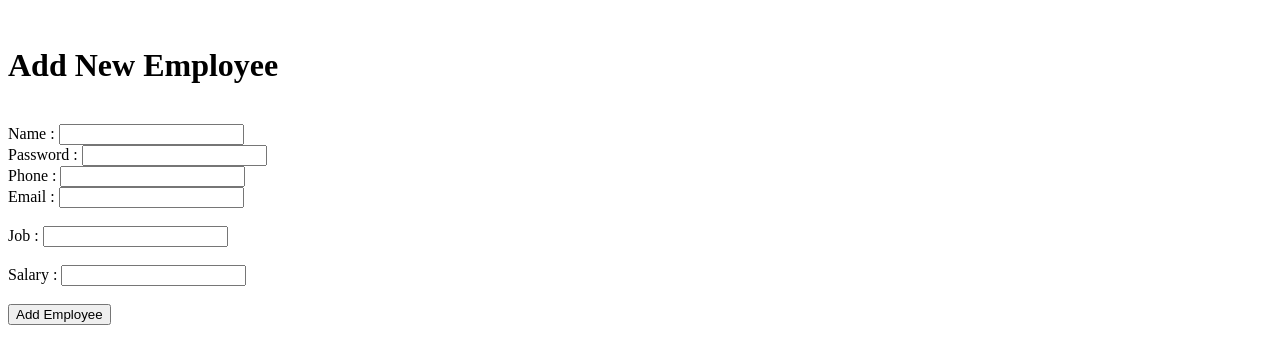
Repository: AchantaTharun/Database-Mastery-Practice
Page: CURD/WebContent/index.html
An editor plug-in stored every save of this project. The page is shown before and after the next save, followed by the edit.
The browser window is 1280 px wide. The pictures show the whole page.

Above is the page before, as saved 2019-08-16 11:37:45.

### CURD/WebContent/index.html
<!DOCTYPE html>
<html>
<head>
<meta charset="ISO-8859-1">
<title>Add Employee</title>
</head>
<body>

<form action="addEmployee" method="post">

<br>
<h1> Add New Employee</h1>
<br>
Name : <input type="text" name="ename">
<br>
Password  : <input type="password" name="pword"><br>

Phone : <input type="text" name="phno"><br>

Email : <input type="text" name="mail"><br><br>

Job : <input type="text" name="job"><br><br>

Salary : <input type="text" name="sal"><br><br>


<input type="submit"  value="Add Employee"><br>

</form>

</body>
</html>

After the next save:
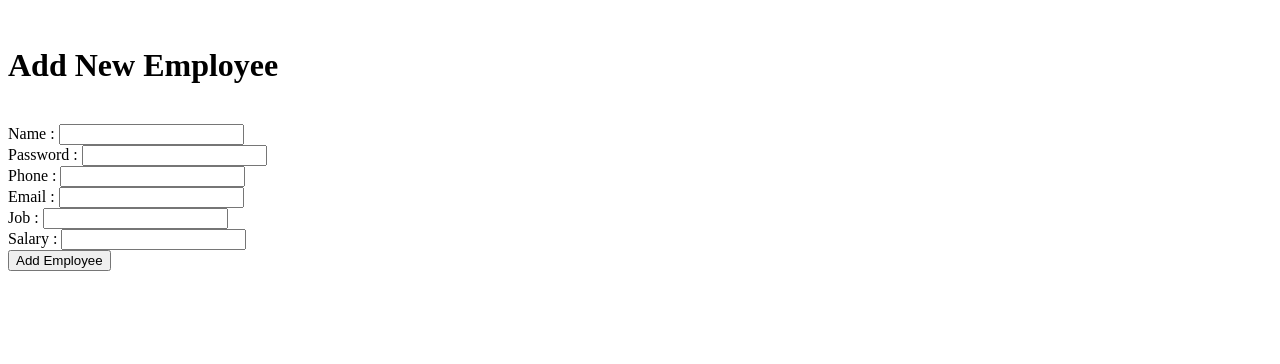
Saved 2 min 23 s later.
--- a/CURD/WebContent/index.html
+++ b/CURD/WebContent/index.html
@@ -17,11 +17,11 @@ Password  : <input type="password" name="pword"><br>
 
 Phone : <input type="text" name="phno"><br>
 
-Email : <input type="text" name="mail"><br><br>
+Email : <input type="text" name="mail"><br>
 
-Job : <input type="text" name="job"><br><br>
+Job : <input type="text" name="job"><br>
 
-Salary : <input type="text" name="sal"><br><br>
+Salary : <input type="text" name="sal"><br>
 
 
 <input type="submit"  value="Add Employee"><br>
